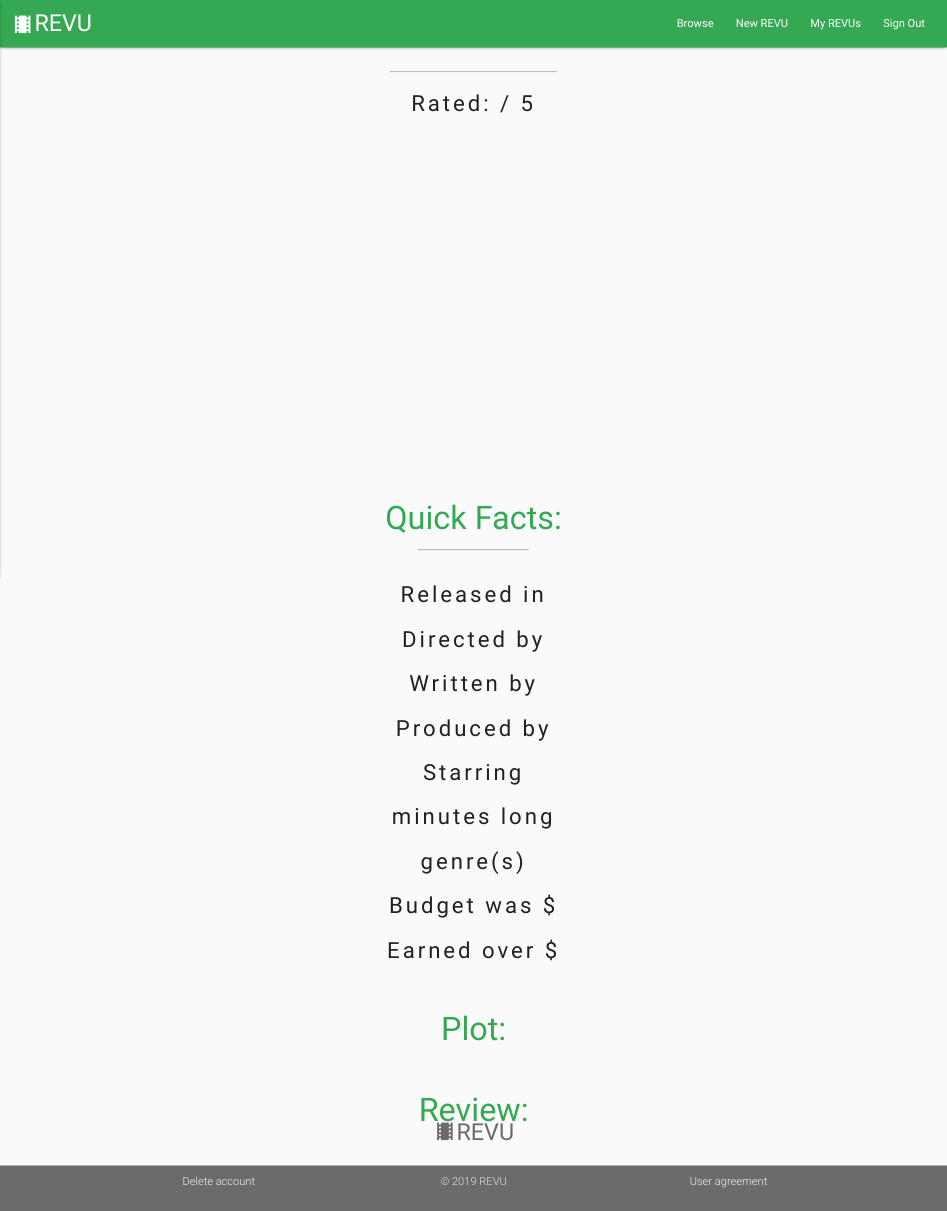
Repository: Olan1/revu
Page: templates/revu.html
The author's editor kept a record of every edit. The page is drawn from the files as they stood at one moment, then again after the next edit.
The browser window is 1280 px wide. The pictures show the whole page, at 74% of full size.
Some web libraries are served in a nearby version. The page is served by the project's application, run on Flask 3 (app.py). The template is opened directly, without the code that normally fills it, so the values that code supplies are empty.

Above is the page before.

### templates/revu.html
{% extends 'base.html' %}

{% block title %} {{ review.title }} {% endblock %}

{% block active1 %} {% endblock %}
{% block active2 %} {% endblock %}
{% block active3 %} {% endblock %}
{% block active4 %} {% endblock %}
{% block active5 %} {% endblock %}
{% block active6 %} {% endblock %}
{% block active7 %} {% endblock %}
{% block active8 %} {% endblock %}

{% block searchbar %}{% endblock %}

{% block content %}

<h1 class="center-align text-green">{{ review.title }}</h1>
<hr class="hr-1 text-green">
<h5 class="center-align spec-list">Rated: {{ review.rating }} / 5</h5>
<div class="row center-align">
    <div class="col s12">
        <img class="revu-img" src="{{ review.img_url }}"></img>
    </div>
    <div class="col s12 m10 push-m1 l8 push-l2">
        <h3 class="text-green">Quick Facts:</h3>
        <hr class="hr-1 text-green">
        <ul class="spec-list">
            <li>Released in {{ review.released }}</li>
            <li>Directed by {{ review.director }}</li>
            <li>Written by {{ review.writers }}</li>
            <li>Produced by {{ review.producer }}</li>
            <li>Starring {{ review.starring }}</li>
            <li>{{ review.run_time }} minutes long</li>
            <li>{{ review.genre }} genre(s)</li>
            <li>Budget was ${{ review.budget }}</li>
            <li>Earned over ${{ review.earnings }}</li>
        </ul>
    </div>
</div>
<!-- Plot -->
<div class="row">
    <div class="col-12">
        <h3 class="center-align text-green">Plot:</h3>
        <hr class="hr-1 text-green">
        <p class="left-align revu-text">{{ review.plot }}</p>
    </div>
</div>
<!-- Review -->
<div class="row">
    <div class="col-12">
        <h3 class="center-align text-green">Review:</h3>
        <p class="left-align revu-text">{{ review.review }}</p>
    </div>
</div>

{{ review.author }}


{% endblock %}

### templates/base.html
<!DOCTYPE html>
<html lang="en">

<head>
    <meta charset="UTF-8">
    <meta name="viewport" content="width=device-width, initial-scale=1.0">
    <meta http-equiv="X-UA-Compatible" content="ie=edge">
    <!-- Google Icon font -->
    <link href="https://fonts.googleapis.com/icon?family=Material+Icons" rel="stylesheet">
    <!-- Materialize stylesheet -->
    <link rel="stylesheet" href="https://cdnjs.cloudflare.com/ajax/libs/materialize/0.100.2/css/materialize.min.css">
    <!-- Local stylesheet-->
    <link rel="stylesheet" href="../static/css/style.css">

    <title>{% block title %}{% endblock %} | REVU</title>
</head>

<body>
    <!-- Navbar -->
    <div class="navbar-fixed">
        <nav>
            <div class="nav-wrapper">
                <a href="{{ url_for('home') }}" class="brand-logo"><i id="nav-icon" class="material-icons">local_movies</i>REVU</a>
                <a href="{{ url_for('home') }}" data-activates="mobile-demo" class="button-collapse"><i class="material-icons">menu</i></a>
                <!-- Navlinks -->
                <ul class="right hide-on-med-and-down">
                    <li class="{% block active1 %} {% endblock %}"><a href="{{ url_for('home') }}">Browse</a></li>
                    <li class="{% block active2 %} {% endblock %}">
                        <a href="{{ url_for('home') }}">
                            <!------------------>New REVU</a>
                    </li>
                    <li class="{% block active3 %} {% endblock %}">
                        <a href="{{ url_for('home') }}">
                            <!------------------>My REVUs</a>
                    </li>
                    <li class="{% block active4 %} {% endblock %}">
                        <a href="{{ url_for('home') }}">
                            <!------------------>Sign Out</a>
                    </li>
                </ul>
                <!-- Mobile Navlinks-->
                <ul class="side-nav" id="mobile-demo">
                    <li class="{% block active5 %} {% endblock %}">
                        <a href="{{ url_for('home') }}">
                            <!------------------>Browse</a>
                    </li>
                    <li class="{% block active6 %} {% endblock %}">
                        <a href="{{ url_for('home') }}">
                            <!------------------>New REVU</a>
                    </li>
                    <li class="{% block active7 %} {% endblock %}">
                        <a href="{{ url_for('home') }}">
                            <!------------------>my REVUs</a>
                    </li>
                    <li class="{% block active8 %} {% endblock %}">
                        <a href="{{ url_for('home') }}">
                            <!------------------>Sign Out</a>
                    </li>
                </ul>
            </div>
        </nav>
    </div>

    <!-- Content -->
    <div class="container main-body">
        {% block searchbar %} {% endblock %} {% block content %} {% endblock %}
    </div>

    <!-- Footer -->
    <footer class="page-footer center-align">
        <div id="top-footer" class="container">
            <div class="row">
                <div class="col-12 mt-10">
                    <a href="{{ url_for('home') }}" id="footer-logo"><i id="footer-icon" class="material-icons">local_movies</i>REVU</a>
                </div>
            </div>
        </div>
        <div id="btm-footer" class="footer-copyright">
            <div class="container">
                <div class="row">
                    <div class="col s3">
                        <a class="grey-text text-lighten-4" href="#!">
                            <!------------------>Delete account</a>
                    </div>
                    <div class="col s6">
                        © 2019 REVU
                    </div>
                    <div class="col s3">
                        <a class="grey-text text-lighten-4" href="{{ url_for('user_agreement') }}" target="_blank">
                            <!------------------>User agreement</a>
                    </div>
                </div>
            </div>
        </div>
    </footer>

    <!-- jQuery -->
    <script type="text/javascript" src="https://code.jquery.com/jquery-3.2.1.min.js"></script>
    <!-- Materialize -->
    <script src="https://cdnjs.cloudflare.com/ajax/libs/materialize/0.100.2/js/materialize.min.js"></script>
    <!-- Local JS script-->
    <script type="text/javascript" src="../static/js/script.js"></script>
</body>

</html>

### app.py
import os
from flask import Flask, render_template, redirect, request, url_for
from flask_pymongo import PyMongo
from bson.objectid import ObjectId

app = Flask(__name__)

app.config['MONGO_DBNAME'] = os.environ.get('MONGO_DBNAME')
app.config['MONGO_URI'] = os.environ.get('MONGO_URI')

mongo = PyMongo(app)


# Home / index
@app.route('/')
@app.route('/home')
def home():
    return render_template('index.html', reviews=mongo.db.reviews.find())


# User agreement
@app.route('/user_agreement')
def user_agreement():
    return render_template('terms.html')


# Sign in
@app.route('/sign_in')
def sign_in():
    return render_template('signin.html')


# Sign up
@app.route('/sign_up')
def sign_up():
    return render_template('signup.html')


# View REVU
@app.route('/view_revu/<review_id>')
def view_revu(review_id):
    the_revu =  mongo.db.reviews.find_one({"_id": ObjectId(review_id)})
    return render_template('revu.html', review=the_revu)


if __name__ == '__main__':
    app.run(host=os.environ.get('IP'),
            port=int(os.environ.get('PORT')),
            debug=True)

### static/css/style.css
/*************** general ***************/

html {
    height: 100%;
    margin: 0;
}

body {
    background-color: #fafafa;
    height: 100%;
    margin: 0;
}

.hr-1 {
    width: 25%;
}

a {
    color: inherit;
}

.divider {
    margin: 1rem;
}

.main-body {
    min-height: 93vh;
    margin-bottom: -150px;
}

.btn,
.btn-large {
    background-color: rgb(53, 168, 83);
}

.btn:hover,
.btn-large:hover {
    background-color: rgb(33, 148, 63);
}

.btn:focus,
.btn-large:focus {
    background-color: rgb(23, 138, 53);
}

.text-grey {
    color: rgb(109, 106, 106);
}

.text-green {
    color: #35a853;
}

.mt-10 {
    margin-top: 10vh;
}

.mb-5 {
    margin-bottom: 50px;
}

/*************** Navbar ***************/

nav {
    background-color: rgb(53, 168, 83);
}

#sidenav-overlay {
    background-color: rgba(0, 0, 0, 0);
}

#nav-icon {
    margin: 0;
    font-size: 2.1rem;
}

/*************** Footer ***************/

.page-footer {
    background-color: #fafafa;
    height: 150px;
}

#top-footer {
    background-color: #fafafa;
}

.page-footer .footer-copyright {
    background-color: rgba(109, 106, 106, 1);
}

#footer-logo {
    color: rgb(109, 106, 106);
    font-size: 2.1rem;
}

#footer-icon {
    color: rgb(109, 106, 106);
    font-size: 2.1rem;
    position: relative;
    top: 4px;
}

/*************** index.html ***************/

.section-img {
    max-width: 95%;
    padding-top: 25px;
}

.section-text p {
    font-size: 1.6rem;
}

#searchBar {
    margin-top: 5vh;
    font-size: 2rem;
    transition: all 0.2s ease-in-out;
    -moz-transition: all 0.2s ease-in-out;
    -webkit-transition: all 0.2s ease-in-out;
    -o-transition: all 0.2s ease-in-out;
}

#searchBar:hover {
    font-size: 2.2rem;
}

/*************** REVU Page ***************/

.revu-img {
    min-height: 65vh;
    max-height: 90vh;
    margin: auto;
}

.spec-list {
    line-height: 4rem;
    font-size: 2rem;
    letter-spacing: 4px;
}

.revu-text {
    line-height: 2rem;
    font-size: 1.4rem;
    letter-spacing: 2px;
}

/*************** Forms ***************/

#form {
    padding-top: 15%;
}

/*************** Media Queries ***************/

@media only screen and (min-width: 769px) {
    nav {
        padding-left: 1rem;
        padding-right: 1rem;
    }

    .section-img {
        max-height: 33.3vh;
    }
}

### static/js/script.js
// Initialize mobile collapse menu
$(".button-collapse").sideNav();

// Search users in search bar
$("#searchBar").keyup(() => {
    search();
});

// Search Bar function
function search() {
    // Get search bar input value
    let input = document.getElementById('searchBar').value;
    // Change input to lowercase
    input = input.toLowerCase();
    // Get all li's with class outerLi (users)
    let x = document.getElementsByClassName('outer');
    let z, i, j;
    // Loop through outerLi's (users)
    for (i = 0; i < x.length; i++) {
        // Set z to false for every iteration
        z = false;
        // Get all li's with class userLi (user data)
        let y = x[i].getElementsByClassName('inner');
        // Loop through userLi's (user data)
        for (j = 0; j < y.length; j++) {
            // If the userLi contains the input value, set z to true
            if (y[j].innerHTML.toLowerCase().includes(input)) {
                z = true;
            }
        }
        // If z is false, outerLi displayed as none
        if (z === false) {
            x[i].style.display = "none";
        }
        // Else if z is true, outerLi displayed as list-item
        else {
            x[i].style.display = "block";
        }
    }
}

After the next edit:
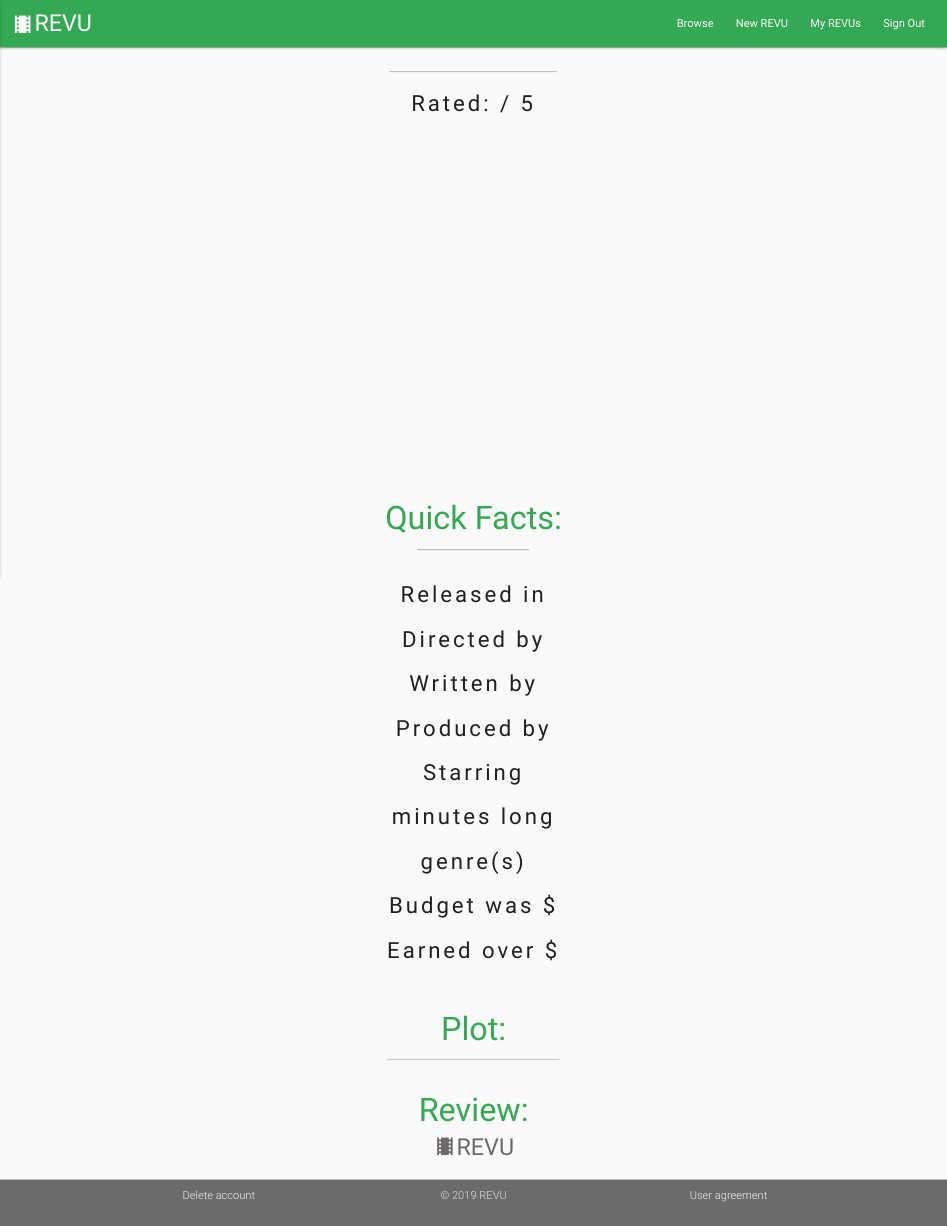
The edit:
--- a/templates/revu.html
+++ b/templates/revu.html
@@ -50,6 +50,7 @@
 <div class="row">
     <div class="col-12">
         <h3 class="center-align text-green">Review:</h3>
+        <hr class="hr-1">
         <p class="left-align revu-text">{{ review.review }}</p>
     </div>
 </div>
